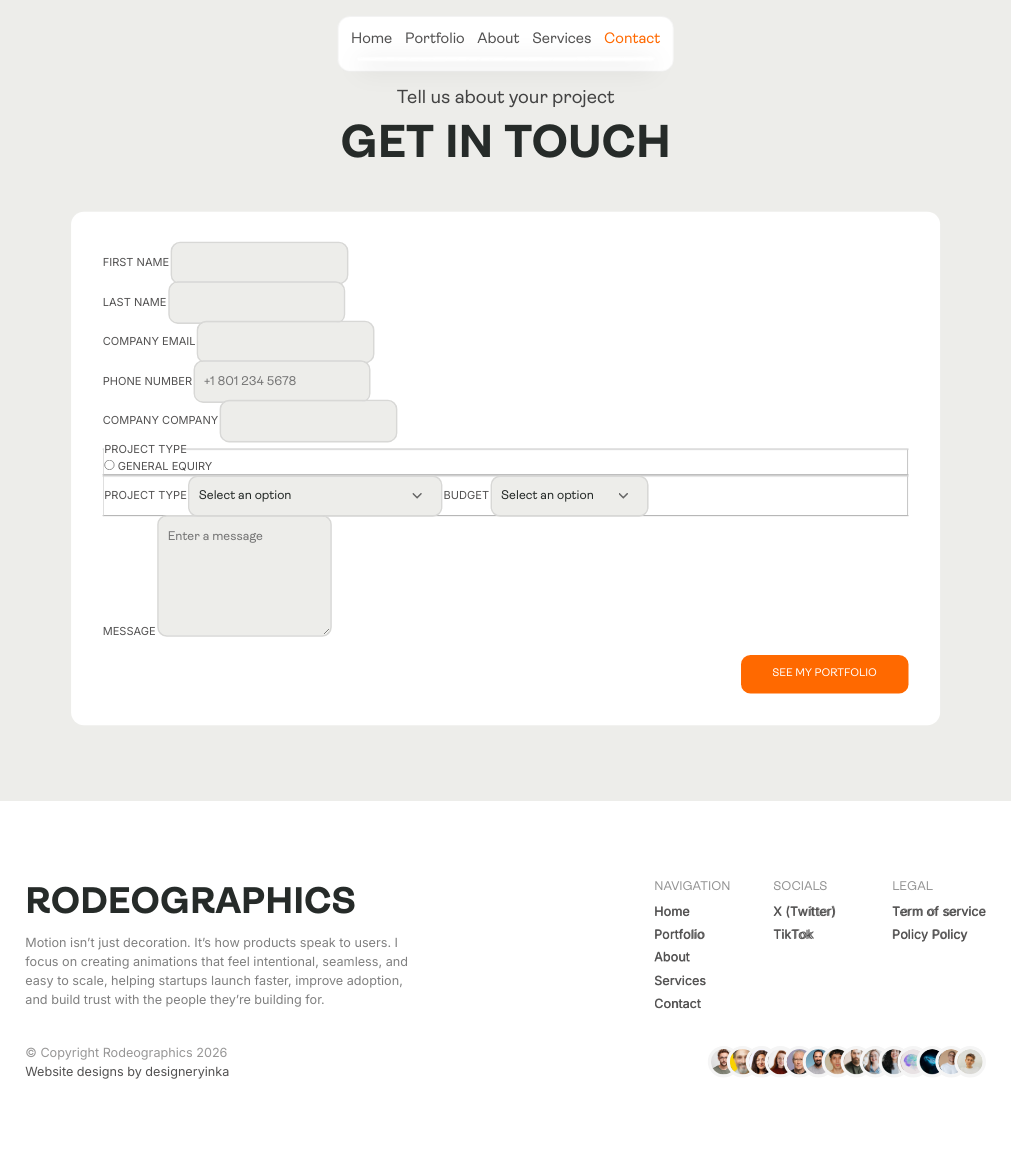
Repository: Ajeyinka/RodeoGraphics
Page: contact.html
The author's editor kept a copy of each file at every save. The page is drawn from the files as they stood at one save, then again after the next save.
The browser window is 1280 px wide. The pictures show the whole page, at 79% of full size.

Above is the page before, as saved 2026-02-21 21:13:55.
Console error: ReferenceError: gsap is not defined

### contact.html
<!DOCTYPE html>
<html lang="en">
  <head>
    <meta charset="UTF-8" />
    <meta name="viewport" content="width=device-width, initial-scale=1.0" />
    <title>Contact | Motion Design for Startups</title>

    <meta
      name="description"
      content="Get in touch to discuss motion design for your product, startup, or upcoming launch."
    />
    <meta property="og:title" content="Contact | Motion Design for Startups" />
    <meta
      property="og:description"
      content="Get in touch to discuss motion design for your product, startup, or upcoming launch."
    />
    <meta property="og:image" content="" />
    <meta property="og:type" content="website" />
    <meta property="og:url" content="" />
    <script src="script.js" defer></script>
    <link rel="stylesheet" href="style.css" />
    <link
      rel="shortcut icon"
      href="images/favicon.ico.png"
      sizes="32x32"
      type="image/png"
    />
  </head>
  <body>
    <nav class="section_nav">
      <div class="container_large">
        <div class="container_nav">
          <div class="two-col-flex">
            <div class="nav_brand">
              <a href="index.html" class="nav_brand-link">
                <span>Rodeographics</span>
              </a>
            </div>
            <a href="#" class="toggle_button" id="toggle_button">
              <span class="bar one"></span>
              <span class="bar two"></span>
            </a>
          </div>
          <!-- Brand / Logo -->

          <!-- Navigation Menu -->
          <div class="nav_menu">
            <ul class="nav_list">
              <li class="nav_item">
                <a href="index.html" class="nav_link">Home</a>
              </li>
              <li class="nav_item">
                <a href="portfolio.html" class="nav_link">Portfolio</a>
              </li>

              <li class="nav_item">
                <a href="about.html" class="nav_link">About</a>
              </li>

              <li class="nav_item">
                <a href="services.html" class="nav_link">Services</a>
              </li>

              <li class="nav_item">
                <a href="contact.html" class="nav_link">Contact</a>
              </li>
            </ul>
          </div>
        </div>
      </div>
    </nav>

    <main>
      <section class="section_contact">
        <div class="container_large">
          <div class="padding_global">
            <div class="form_component">
              <div class="title-top">
                <p class="tag">Tell us about your project</p>
                <h1>GET IN TOUCH</h1>
              </div>
            </div>
            <div class="form-block">
              <form action="https://formspree.io/f/xzdapnao" method="POST">
                <div class="form-group">
                  <label for="fname">First Name</label>
                  <input
                    type="text"
                    name="first_name"
                    class="input"
                    id="fName"
                    required
                  />
                </div>
                <div class="form-group">
                  <label for="lname">Last Name</label>
                  <input
                    type="text"
                    name="last_name"
                    class="input"
                    id="lName"
                    required
                  />
                </div>
                <div class="form-group">
                  <label for="email">Company Email</label>
                  <input
                    type="email"
                    name="company_email"
                    class="input"
                    id="email"
                    required
                  />
                </div>
                <div class="form-group">
                  <label for="tel"> Phone Number</label>
                  <input
                    type="tel"
                    class="input phone-input"
                    placeholder="+1 801 234 5678"
                    inputmode="tel"
                    autocomplete="tel"
                    id="tel"
                  />
                </div>

                <div class="form-group">
                  <label for="company">Company</label>
                  <label for="company">
                    Company
                    <input
                      type="text"
                      name="company"
                      class="input"
                      id="company"
                    />
                  </label>
                </div>

                <fieldset>
                  <legend>Project Type</legend>

                  <div class="form-group">
                    <input type="radio" id="general" name="project" required />
                    <label for="general">General Equiry</label>
                  </div>
                </fieldset>

                <fieldset>
                  <label>
                    Project Type
                    <select class="input select" name="project type">
                      <option value="" disabled selected>
                        Select an option
                      </option>
                      <option value="saas">SaaS/Explainer Video</option>
                      <option value="2d explainer">2D Explainer Video</option>
                      <option value="logo">Logo Animation</option>
                      <option value="ai vide0">
                        AI branding/product Launch Video
                      </option>
                      <option value="website">Website Interphase</option>
                      <option value="short form">Short Form Edit Video</option>
                    </select>
                  </label>
                  <label>
                    Budget
                    <select class="input select" name="budget">
                      <option value="" disabled selected>
                        Select an option
                      </option>
                      <option value="$0-$200">$0-$200</option>
                      <option value="$200-$500">$200-$500</option>
                      <option value="$500-$1000">$500-$1000</option>
                      <option value="$1000-above">$1000 and Above</option>
                    </select>
                  </label>
                </fieldset>
                <div class="form-group">
                  <label for="message">Message</label>
                  <textarea
                    name="textarea"
                    id="textarea"
                    class="input"
                    placeholder="Enter a message"
                  ></textarea>
                </div>

                <div class="input-submit">
                  <button type="submit" class="button-submit button">
                    <span class="text text-primary">See my portfolio</span>
                  </button>
                </div>
                <div class="form-success">
                  Thanks for reaching out. I’ll get back to you within 24 hours.
                </div>
              </form>
            </div>
          </div>
        </div>
      </section>
    </main>
    <footer>
      <div class="container_large">
        <div class="padding_global">
          <div class="footer-grid">
            <div class="footer-left">
              <h2>Rodeographics</h2>
              <p>
                Motion isn’t just decoration. It’s how products speak to users.
                I focus on creating animations that feel intentional, seamless,
                and easy to scale, helping startups launch faster, improve
                adoption, and build trust with the people they’re building for.
              </p>
            </div>
            <div class="footer-right">
              <div class="footer_link-wrapper">
                <div class="footer_links">
                  <h4>Navigation</h4>
                  <a href="index.html" class="footer_link">Home</a>
                  <a href="portfolio.html" class="footer_link">Portfolio</a>
                  <a href="about.html" class="footer_link">About</a>
                  <a href="services.html" class="footer_link">Services</a>
                  <a href="contact.html" class="footer_link">Contact</a>
                </div>
                <div class="footer_links">
                  <h4>Socials</h4>
                  <a href="https://x.com/designerola01" class="footer_link"
                    >X (Twitter)</a
                  >

                  <a
                    href="https://www.tiktok.com/@rodeodesigns?_r=1&_t=ZS-93MZgyCcf5N"
                    class="footer_link"
                    >TikTok</a
                  >
                </div>
                <div class="footer_links">
                  <h4>Legal</h4>
                  <a href="services.html" class="footer_link"
                    >Term of service</a
                  >

                  <a href="privacy.html" class="footer_link">Policy Policy</a>
                </div>
              </div>
            </div>
          </div>
          <div class="footer-bottom">
            <div>
              <p class="Copyright">© Copyright Rodeographics 2026</p>
              <a href="https://designeryinka.com/" target="_blank"
                >Website designs by designeryinka</a
              >
            </div>

            <div class="footer_proof">
              <img src="images/1.png" alt="" />
              <img src="images/2.png" alt="" />
              <img src="images/3.png" alt="" />
              <img src="images/4.png" alt="" />
              <img src="images/5.png" alt="" />
              <img src="images/6.png" alt="" />
              <img src="images/adewale.png" alt="" />
              <img src="images/adewale1.png" alt="" />
              <img src="images/adewale2.png" alt="" />
              <img src="images/adewale4.png" alt="" />
              <img src="images/adewalw5.png" alt="" />
              <img src="images/adewale6.png" alt="" />
              <img src="images/adewale7.png" alt="" />
              <img src="images/adewalw8.png" alt="" />
            </div>
          </div>
        </div>
      </div>
    </footer>
  </body>
</html>

Loaded but not shown: script.js (338 lines, source omitted); style.css (1908 lines, source omitted)

After the next save:
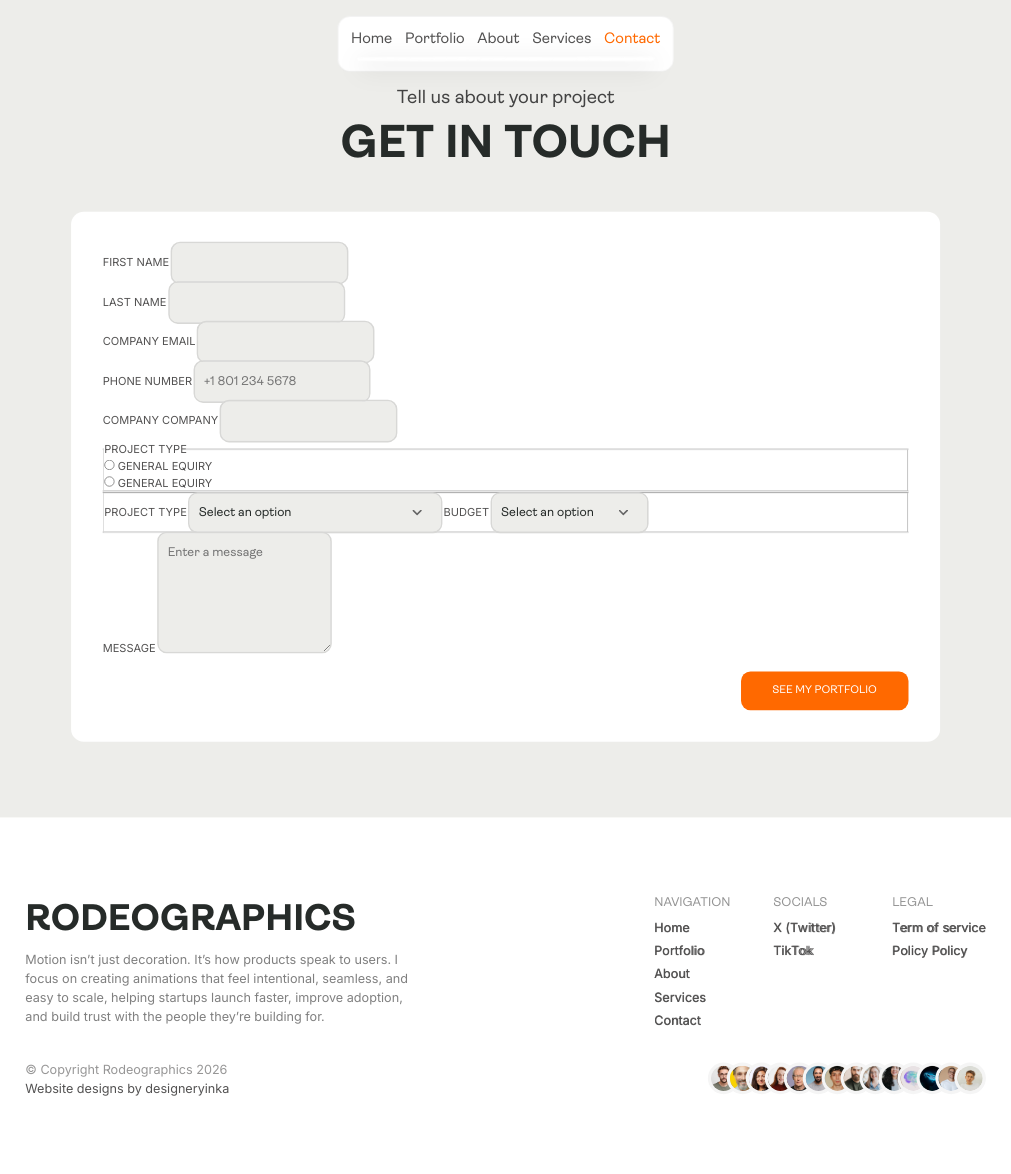
Saved 37 s later.
--- a/contact.html
+++ b/contact.html
@@ -144,6 +144,11 @@
                     <input type="radio" id="general" name="project" required />
                     <label for="general">General Equiry</label>
                   </div>
+
+                  <div class="form-group">
+                    <input type="radio" id="support" name="project" required />
+                    <label for="support">General Equiry</label>
+                  </div>
                 </fieldset>
 
                 <fieldset>
